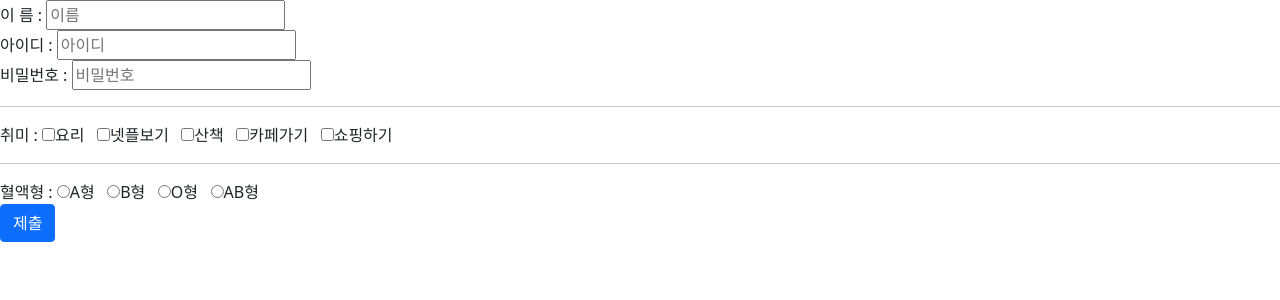
Repository: SimpleRan/jsp_paractice2
Page: http://localhost/JSPBasic/jspobject/request/req_user_form.jsp
The author's editor kept a copy of each file at every save. The page is drawn from the files as they stood at one save, then again after the next save.
The browser window is 1280 px wide. The pictures show the whole page.
The page is served by Tomcat 9.

Above is the page before, as saved 2022-03-25 11:07:12.

After the next save:
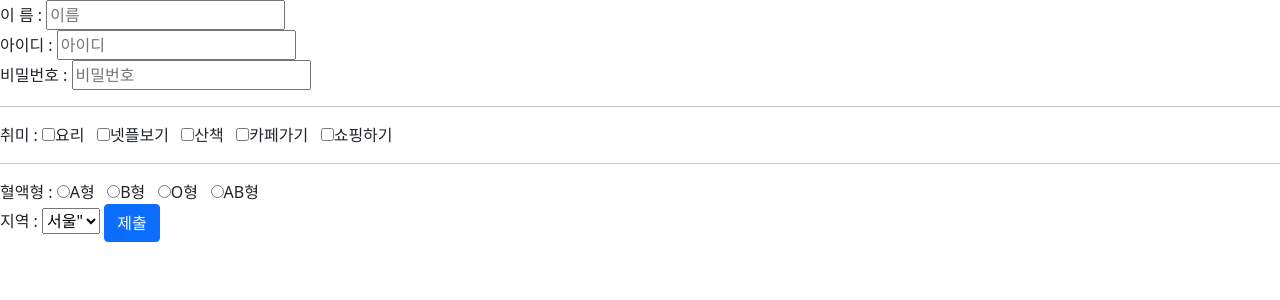
Saved 7 min 34 s later.
--- a/JSPBasic/src/main/webapp/jspobject/request/req_user_form.jsp
+++ b/JSPBasic/src/main/webapp/jspobject/request/req_user_form.jsp
@@ -35,8 +35,19 @@
 		<input type="radio" name="blood" value="O">O형 &nbsp;
 		<input type="radio" name="blood" value="AB">AB형 &nbsp;
 		<br/>
+	지역 :
+	<select name = "region">
+		<option value="서울">서울"</option>
+		<option value="경기">경기</option>
+		<option value="강원">강원</option>
+		<option value="충청">충청</option>
+		<option value="전라">전라</option>
+		<option value="경상">경상</option>
+		<option value="제주">제주</option>
+	</select>
+
+
 		<input type= "submit" class="btn btn-primary" value="제출"/>
-
   </form>
 </body>
 </html>
